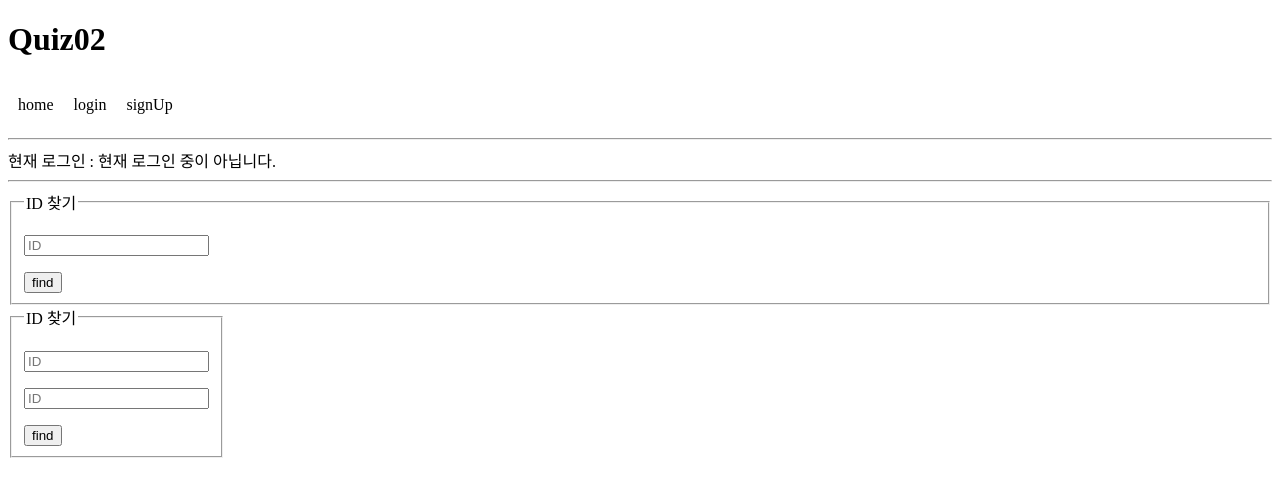
Repository: ChimmyWorld/JSP
Page: http://localhost/Day50/quiz2/find.jsp
The author's editor kept a copy of each file at every save. The page is drawn from the files as they stood at one save, then again after the next save.
The browser window is 1280 px wide. The pictures show the whole page.
The page is served by Tomcat 9.

Above is the page before, as saved 2023-09-21 02:34:25.

After the next save:
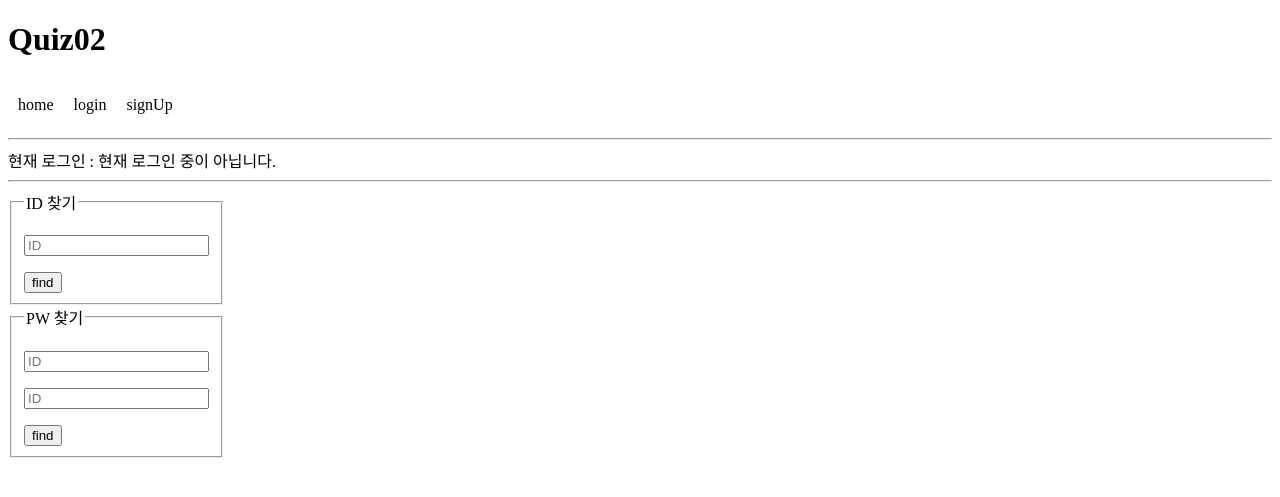
Saved 26 s later.
--- a/Day50/WebContent/quiz2/find.jsp
+++ b/Day50/WebContent/quiz2/find.jsp
@@ -2,11 +2,11 @@
     pageEncoding="UTF-8"%>
 <%@ include file="header.jsp" %>
 
-	<article>
+	<article class="accFind">
 		<fieldset>
 			<legend>ID 찾기</legend>
 
-			<form action="loginPro.jsp" method="POST">
+			<form action="findID.jsp" method="POST">
 				<p><input name="email" type="email" placeholder="ID" required></p>
 
 				<button>find</button>
@@ -14,9 +14,9 @@
 		</fieldset>
 
 		<fieldset class="accFind">
-			<legend>ID 찾기</legend>
+			<legend>PW 찾기</legend>
 
-			<form action="loginPro.jsp" method="POST">
+			<form action="findPW.jsp" method="POST">
 				<p><input name="userid" placeholder="ID" required></p>
 				<p><input name="email" type="email" placeholder="ID" required></p>
 				<button>find</button>
